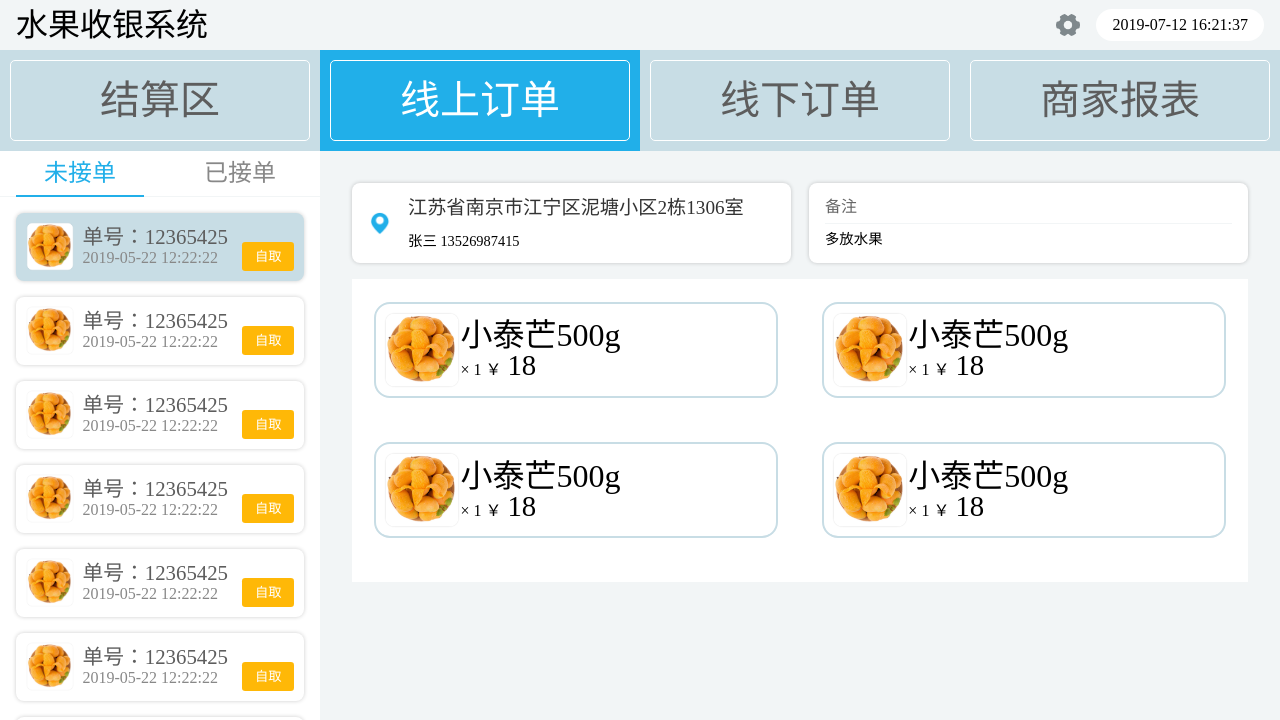
Repository: missing-star/fruit
Page: index.html
The author's editor kept a copy of each file at every save. The page is drawn from the files as they stood at one save, then again after the next save.
The browser window is 1280 px wide. The pictures show the whole page.

Above is the page before, as saved 2019-07-12 17:17:34.

### index.html
<!DOCTYPE html>
<html lang="en">

<head>
    <meta charset="UTF-8">
    <meta name="viewport" content="width=device-width, initial-scale=1.0">
    <meta http-equiv="X-UA-Compatible" content="ie=edge">
    <title>水果收银系统</title>
    <link rel="stylesheet" href="./css/index.css">
</head>

<body>
    <div id="app">
        <header class="title-bar">
            <p class="title">水果收银系统</p>
            <div class="right-part-show">
                <img src="./images/setting.png" alt="设置" class="setting-icon">
                <p class="show-current-time">{{currentTime}}</p>
            </div>
        </header>
        <ul class="category-tab">
            <li class="category-item" :class="{active:currentIndex == 0}" @click="switchTab(0)">
                <p class="category-title">结算区</p>
            </li>
            <li class="category-item" :class="{active:currentIndex == 1}" @click="switchTab(1)">
                <p class="category-title">线上订单</p>
            </li>
            <li class="category-item" :class="{active:currentIndex == 2}" @click="switchTab(2)">
                <p class="category-title">线下订单</p>
            </li>
            <li class="category-item" :class="{active:currentIndex == 3}" @click="switchTab(3)">
                <p class="category-title">商家报表</p>
            </li>
        </ul>
        <!-- 结算区 -->
        <div v-show="currentIndex == 0" class="main-content">
            <div class="operation-wrapper">
                <ul class="goods-list-wrapper">
                    <li v-for="n in 10" class="goods-item">
                        <div class="goods-pic-wrapper">
                            <span class="delete-icon pointer"></span>
                            <img src="./images/goods.png" class="goods-pic">
                        </div>
                        <div class="goods-detail">
                            <p class="goods-title">苹果</p>
                            <p class="goods-spec">规格：12元/250g</p>
                            <p class="goods-money">
                                <span class="goods-weight">重量357g</span>
                                <span class="goods-price">
                                    <i class="money-icon black">￥</i>
                                    <i class="money-number black">18</i>
                                </span>
                            </p>
                        </div>
                    </li>
                </ul>
                <div class="calculator-scope">
                    <div class="show-total-money">
                        <p class="total-title">共4件商品</p>
                        <p class="total-money">
                            <span class="money-title">合计</span>
                            <span class="show-money">
                                <i class="money-icon blue">￥</i>
                                <i class="money-number blue">54.00</i>
                            </span>
                        </p>
                    </div>
                    <div class="operation-group">
                        <div class="left-part">
                            <button class="order-list pointer">挂单列表</button>
                            <button class="go-order pointer">挂单</button>
                        </div>
                        <button class="right-part pointer">
                            结算
                        </button>
                    </div>
                </div>
            </div>
            <div class="goods-choice-wrapper">
                <ul class="goods-category-wrapper">
                    <li @click="switchSubTab(n-1)" :class="{active:subCurrentIndex == n-1}" v-for="n in 20"
                        class="goods-category-item pointer">
                        分类
                    </li>
                </ul>
                <ul class="goods-choice-list">
                    <li v-for="n in 20" class="goods-choice-item">
                        <img src="./images/goods.png" class="goods-show-pic">
                        <p class="goods-desc">
                            <span class="goods-name">小泰芒</span>
                            <span class="price-weight">23元 / 250g</span>
                        </p>
                    </li>
                </ul>
            </div>
        </div>
        <div v-show="currentIndex == 1" class="main-content">
            <div class="operation-wrapper">
                <ul class="tab-wrapper">
                    <li @click="switchOnlineTab(0)" :class="{active:onlineCurrentIndex == 0}" class="tab-item pointer">
                        未接单</li>
                    <li @click="switchOnlineTab(1)" :class="{active:onlineCurrentIndex == 1}" class="tab-item pointer">
                        已接单</li>
                </ul>
                <div class="order-list-wrapper">
                    <ul v-show="onlineCurrentIndex == 0" class="accept-wrapper">
                        <li @click="getOrderDetail(0,n)" v-for="n in 20" class="order-item pointer"
                            :class="{active:currentOrder == n && onlineCurrentIndex == 0}">
                            <img src="./images/goods.png" class="order-goods-pic">
                            <div class="order-detail">
                                <p class="order-number">单号：12365425</p>
                                <p class="order-date">2019-05-22 12:22:22</p>
                            </div>
                            <button class="post-way self">自取</button>
                        </li>
                    </ul>
                    <ul v-show="onlineCurrentIndex == 1" class="accept-wrapper">
                        <li @click="getOrderDetail(1,n)" v-for="n in 20" class="order-item pointer"
                            :class="{active:currentOrder == n && onlineCurrentIndex == 1}">
                            <img src="./images/goods.png" class="order-goods-pic">
                            <div class="order-detail">
                                <p class="order-number">单号：12365425</p>
                                <p class="order-date">2019-05-22 12:22:22</p>
                            </div>
                            <button class="post-way post">自取</button>
                        </li>
                    </ul>
                </div>
            </div>
            <div class="order-detail-wrapper">
                <div class="user-info">
                    <div class="user-address info-part">
                        <img src="./images/location.png" class="location">
                        <div class="address-detail">
                            <p class="address">江苏省南京市江宁区泥塘小区2栋1306室</p>
                            <p class="user-detail">张三 13526987415</p>
                        </div>
                    </div>
                    <div class="user-comment info-part">
                        <p class="comment-title">备注</p>
                        <p class="user-detail">多放水果</p>
                    </div>
                </div>
                <ul class="order-detail-goods-list-wrapper">
                    <li v-for="n in 30" class="order-detail-goods-item">
                        <img src="./images/goods.png" class="order-detail-goods-pic">
                        <div class="order-detail-goods-detail">
                            <p class="title">小泰芒500g</p>
                            <p class="number-money">
                                <span class="goods-num">× 1</span>
                                <span class="goods-price">
                                    <i class="money-icon black">￥</i>
                                    <i class="money-number black">18</i>
                                </span>
                            </p>
                        </div>
                    </li>
                </ul>
            </div>
        </div>
        <div v-show="currentIndex == 2" class="main-content">

        </div>
        <div v-show="currentIndex == 3" class="main-content">

        </div>
    </div>
    <script src="https://cdn.bootcss.com/vue/2.6.10/vue.js"></script>
    <script src="./js/index.js"></script>
</body>

</html>

### css/index.css
html,body,div#app{
    height: 100%;
    background: #FFFFFF;
    min-width: 1200px;
}
body{
    font-size: calc(100vw / 19.2);
}
*{
    padding: 0;
    margin: 0;
    list-style: none;
    box-sizing: border-box;
    line-height: 100%;
    color: #000000;
    font-style: normal;
}
header.title-bar {
    background: #F2F5F6;
    padding: 1rem;
    height: 7%;
    display: flex;
    align-items: center;
    justify-content: space-between;
}
p.title {
    font-size: 2rem;
}
.right-part-show {
    display: flex;
    align-items: center;
    justify-content: space-around;
}
img.setting-icon {
    width: 1.5rem;
    margin-right: 1rem;
    cursor: pointer;
}
p.show-current-time {
    font-size: 1rem;
    background: #FFFFFF;
    padding: 0.5rem 1rem;
    border-radius: 10rem;
}
ul.category-tab {
    width: 100%;
    height: 14%;
    display: flex;
    align-items: center;
    justify-content: space-around;
    background: #C8DDE5;
}
li.category-item{
    width: 100%;
    height: 100%;
    display: flex;
    align-items: center;
    justify-content: center;
    padding: 10px;
    cursor: pointer;
}
li.category-item p.category-title {
    color: #5D5D5D;
    border: 1px solid #FFFFFF;
    border-radius: 5px;
    width: 100%;
    height: 100%;
    display: flex;
    align-items: center;
    justify-content: center;
    white-space: nowrap;
    font-size: 2.5rem;
}
li.category-item.active{
    background: #21AFE9;
}
li.category-item.active p.category-title{
    color: #FFFFFF;
}
.pointer{
    cursor: pointer;
}
.main-content {
    height: 79%;
    display: flex;
}
.operation-wrapper {
    width: 25%;
    height: 100%;
}
li.goods-item {
    height: 13vh;
    box-shadow: 0px 0px 4px 0px rgba(0,0,0,0.2);
    border-radius: 10px;
    margin: 1rem 0;
    display:flex;
}
.goods-pic-wrapper {
    position: relative;
    height: 100%;
    width: 30%;
    padding: 1rem;
}
img.goods-pic {
    width: 100%;
    height: auto;
}
ul.goods-list-wrapper {
    height: 75%;
    overflow: auto;
    padding: 0.5rem;
}
.calculator-scope {
    height: 25%;
}
span.delete-icon {
    width: 1.5rem;
    height: 1.5rem;
    background: url(../images/delete.png) no-repeat;
    background-size: 100% 100%;
    display: block;
    position: absolute;
    left: 0.5rem;
    top: 0.5rem;
}
.goods-detail {
    width: 70%;
    height: 100%;
}
p.goods-title {
    color: #000000;
    font-size: 2rem;
}
p.goods-spec {
    color: #6B6B6B;
    font-size: 1.2rem;
}
p.goods-money {
    display: flex;
    align-items: center;
    justify-content: space-between;
}
span.goods-weight {
    color: #FE7204;
    font-size: 1.5rem;
}
span.goods-price {
    font-size: 1.5rem;
}
.goods-detail {
    width: 70%;
    height: 100%;
    display: flex;
    flex-direction: column;
    justify-content: space-between;
    padding: 1rem;
}
i.money-number {
    font-size: 1.8rem;
}
i.money-icon {
    font-size: 1rem;
}
i.money-number.blue,i.money-icon.blue{
    color: #21AFE9;
}

.calculator-scope {
    border-top: 2px solid rgba(242,245,246,1);
    padding: 1rem;
}
div.show-total-money {
    background: rgba(242,245,246,1);
    display: flex;
    align-items: center;
    justify-content: space-between;
    font-size: 1.2rem;
    height: 30%;
    padding: 1rem;
    border-radius: 0.5rem;
    box-shadow:0px 1px 4px 0px rgba(0,0,0,0.2);
}
.operation-group {
    display: flex;
    align-items: center;
    justify-content: space-between;
    height: 70%;
    padding-top: 1rem;
}
p.total-title {
    color: #5D5D5D;
}
span.money-title {
    color: #333333;
}
button.order-list.pointer {
    background: #FFC639;
    outline: 0;
    border: none;
    color: #FFFFFF;
    width: 100%;
    height: 40%;
}
.left-part {
    width: 55%;
    height: 100%;
    display: flex;
    flex-direction: column;
    align-items: flex-start;
    justify-content: space-between;
}
button.order-list.pointer,button.go-order.pointer {
    border-radius: 0.5rem;
    background: #FFC639;
    outline: 0;
    border: none;
    color: #FFFFFF;
    width: 85%;
    height: 44%;
    font-size: 1.5rem;
}
button.go-order.pointer {
    background: #FF7A05;
}
.right-part {
    background: #21AFE9;
    border-radius: 0.5rem;
    color: #FFFFFF;
    font-size: 2rem;
    width: 45%;
    height: 100%;
    display: flex;
    align-items: center;
    justify-content: center;
    outline: 0;
    border:none;
}
ul.goods-category-wrapper {
    height: 100%;
    overflow: auto;
}
.goods-choice-wrapper {
    width: 75%;
    display: flex;
}
ul.goods-category-wrapper {
    width: 15%;
    height: 100%;
    overflow: auto;
}
li.goods-category-item {
    font-size: 1.5rem;
    display: flex;
    align-items: center;
    justify-content: center;
    height: 4rem;
    background: #EAEFF1;
    color: #5D5D5D;
    border-bottom: 2px solid #FFFFFF;
}
li.goods-category-item.active{
    background: #21AFE9;
    color: #FFFFFF;
}
ul.goods-choice-list {
    height: 100%;
    overflow: auto;
    width: 85%;
    background: #F2F5F6;
    display: flex;
    flex-wrap: wrap;
}
img.goods-show-pic {
    width: 100%;
}
li.goods-choice-item {
    width: 25%;
    margin: 2% calc(25% / 6);
    background: #FFFFFF;
    border-radius: 1rem;
    padding: 1rem;
}
p.goods-desc {
    display: flex;
    flex-direction: column;
    padding: 0 1rem;
}
span.goods-name {
    color: #333333;
    font-size: 2rem;
    margin-bottom: 1rem;
}
span.price-weight {
    color: #888888;
    font-size: 1.3rem;
}
ul::-webkit-scrollbar {
    height: 0;
    width: 4px;
}
ul::-webkit-scrollbar {
    width: 5px; /*对垂直流动条有效*/
    height: 0px; /*对水平流动条有效*/
}

/*定义滚动条的轨道颜色、内阴影及圆角*/
ul::-webkit-scrollbar-track{
    background-color: #FFFFFF;
    border-radius: 3px;
}


/*定义滑块颜色、内阴影及圆角*/
ul::-webkit-scrollbar-thumb{
    border-radius: 7px;
    background-color: #aaa;
}
ul.tab-wrapper{
    width: 100%;
    height: 8%;
    font-size: 1.5rem;
    display: flex;
    align-items: center;
    justify-content: space-around;
    border-bottom: 1px solid rgba(242,245,246,1);
}
li.tab-item{
    color: #888888;
    position: relative;
    width: 50%;
    text-align:center;
    height: 100%;
    display: flex;
    align-items: center;
    justify-content: center;
}
li.tab-item.active{
    color: #21AFE9;
}
li.tab-item.active:after{
    content: '';
    width: 80%;
    height: 2px;
    background: #21AFE9;
    position: absolute;
    bottom: -1px;
    left: 10%;
}
.order-list-wrapper {
    height: 92%;
}
ul.accept-wrapper {
    width: 100%;
    height: 100%;
    overflow: auto;
}
li.order-item {
    display: flex;
    align-items: center;
    justify-content: space-between;
    height: 13%;
    font-size: 1rem;
    box-shadow: 0px 0px 4px 0px rgba(0,0,0,0.2);
    border-radius: 0.5rem;
    margin: 1rem;
    padding: 0.6rem;
}
img.order-goods-pic{
    height: 100%;
}
button.post-way {
    align-self: flex-end;
    border: none;
    outline: 0;
    color: #FFFFFF;
    padding: 0.5rem 0.8rem;
    border-radius: 0.2rem;
}
button.post-way.self{
    background: #FFB807;
}
button.post-way.post{
    background: #FF7A05;
}
p.order-number {
    color: #5D5D5D;
    font-size: 1.3rem;
}
p.order-date {
    color: #888888;
    font-size: 1rem;
}
.order-detail {
    flex: 1;
    height: 85%;
    display: flex;
    align-items: flex-start;
    padding-left: 0.5rem;
    justify-content: space-around;
    flex-direction: column;
}
li.order-item.active{
    background: #C8DDE5;
}
.order-detail-wrapper {
    width: 75%;
    height: 100%;
    background: #F2F5F6;
    padding: 2rem;
}
.user-info {
    display: flex;
    align-items: center;
    justify-content: space-between;
    font-size: 1rem;
}
.info-part {
    box-shadow: 0px 0px 4px 0px rgba(0,0,0,0.2);
    border-radius: 0.5rem;
    width: 49%;
    padding: 1rem;
    height: 5rem;
    display: flex;
    align-items: center;
    background: #FFFFFF;
}
img.location{
    width: 1.5rem;
}
.address-detail{
    padding-left: 1rem;
}
p.address {
    color: #333333;
    font-size: 1.2rem;
    padding-bottom: 0.5rem;
}
p.user-detail {
    font-size: 0.9rem;
    padding-top: 0.5rem;
}
.user-comment.info-part {
    display: flex;
    flex-direction: column;
    align-items: flex-start;
}
p.comment-title {
    color: #666666;
    padding-bottom: 0.5rem;
    width: 100%;
    border-bottom: 1px solid #F2F5F6;
}
ul.order-detail-goods-list-wrapper {
    height: 60%;
    overflow: auto;
    margin-top: 1rem;
    display: flex;
    flex-wrap: wrap;
    background: #FFFFFF;
}
li.order-detail-goods-item {
    width: 45%;
    margin: 2.5%;
    height: 6rem;
}
img.order-detail-goods-pic {
    height: 100%;
}
li.order-detail-goods-item {
    width: 45%;
    margin: 2.5%;
    height: 6rem;
    border: 2px solid #C8DDE5;
    border-radius: 1rem;
    padding: 0.5rem;
    display: flex;
    align-items: center;
    font-size: 1rem;
}

### js/index.js
new Vue({
    el: '#app',
    data: {
        currentTime: '0000-00-00 00:00:00',
        currentIndex:1,
        subCurrentIndex:0,
        onlineCurrentIndex:0,
        currentOrder:1
    },
    methods: {
        getCurrentTime: function () {
            var date = new Date();
            var year = date.getFullYear();
            var month = (date.getMonth() + 1) < 10 ? '0' + (date.getMonth() + 1) : (date.getMonth() + 1);
            var day = date.getDate() < 10 ? '0' + date.getDate() : date.getDate();
            var hour = date.getHours() < 10 ? '0' + date.getHours() : date.getHours();
            var minute = date.getMinutes() < 10 ? '0' + date.getMinutes() : date.getMinutes();
            var second = date.getSeconds() < 10 ? '0' + date.getSeconds() : date.getSeconds();
            this.currentTime = year + '-' + month + '-' + day + ' ' + hour + ':' + minute + ':' + second;
        },
        switchTab:function(index) {
            if(this.currentIndex != index) {
                this.currentIndex = index;
            }
        },
        switchSubTab:function(index) {
            if(this.subCurrentIndex != index) {
                this.subCurrentIndex = index;
            }
        },
        switchOnlineTab:function(index) {
            if(this.onlineCurrentIndex != index) {
                this.onlineCurrentIndex = index;
            }
        },
        getOrderDetail:function(onlineCurrentIndex,currentOrder) {
            if(this.onlineCurrentIndex != onlineCurrentIndex || currentOrder != this.currentOrder) {
                this.onlineCurrentIndex = onlineCurrentIndex;
                this.currentOrder = currentOrder;
            }
        }
    },
    created: function () {
        var vm = this;
        vm.getCurrentTime();
        setInterval(function(){
            vm.getCurrentTime();
        }, 1000);
    }
});

After the next save:
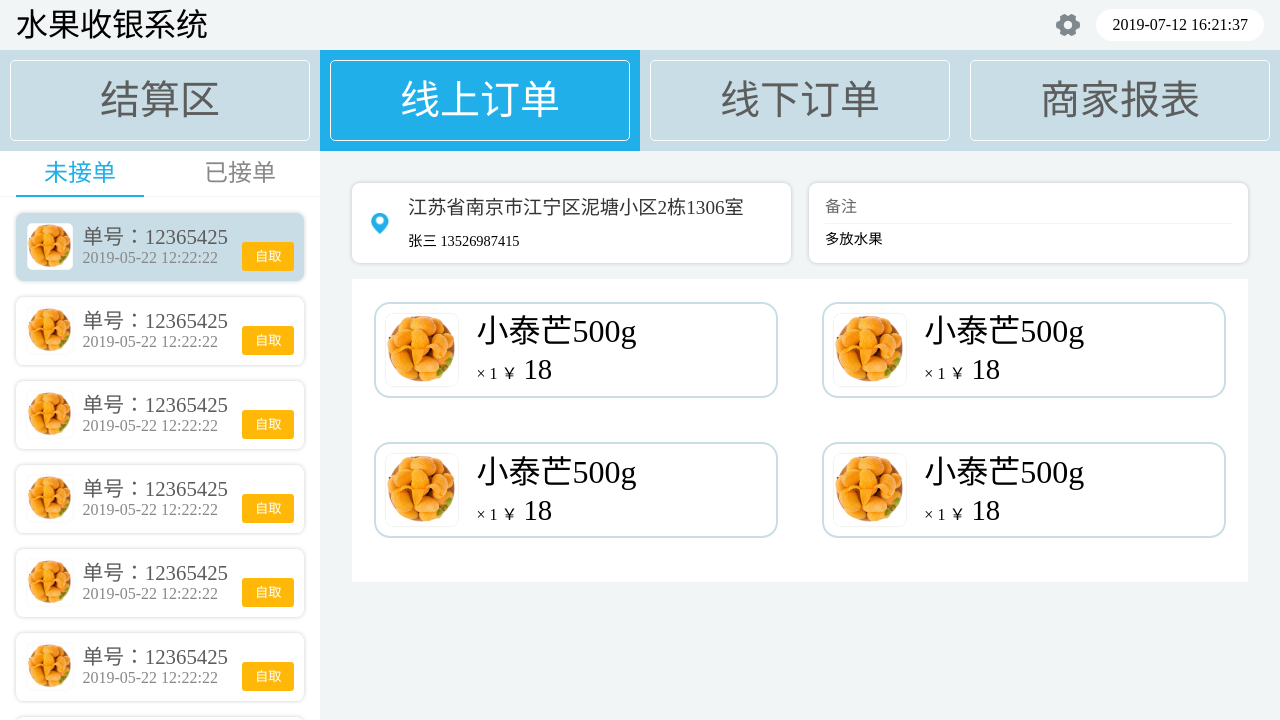
Saved 84 s later.
--- a/css/index.css
+++ b/css/index.css
@@ -477,3 +477,11 @@ li.order-detail-goods-item {
     align-items: center;
     font-size: 1rem;
 }
+.order-detail-goods-detail {
+    flex: 1;
+    height: 100%;
+    display: flex;
+    flex-direction: column;
+    justify-content: space-around;
+    padding-left: 1rem;
+}
